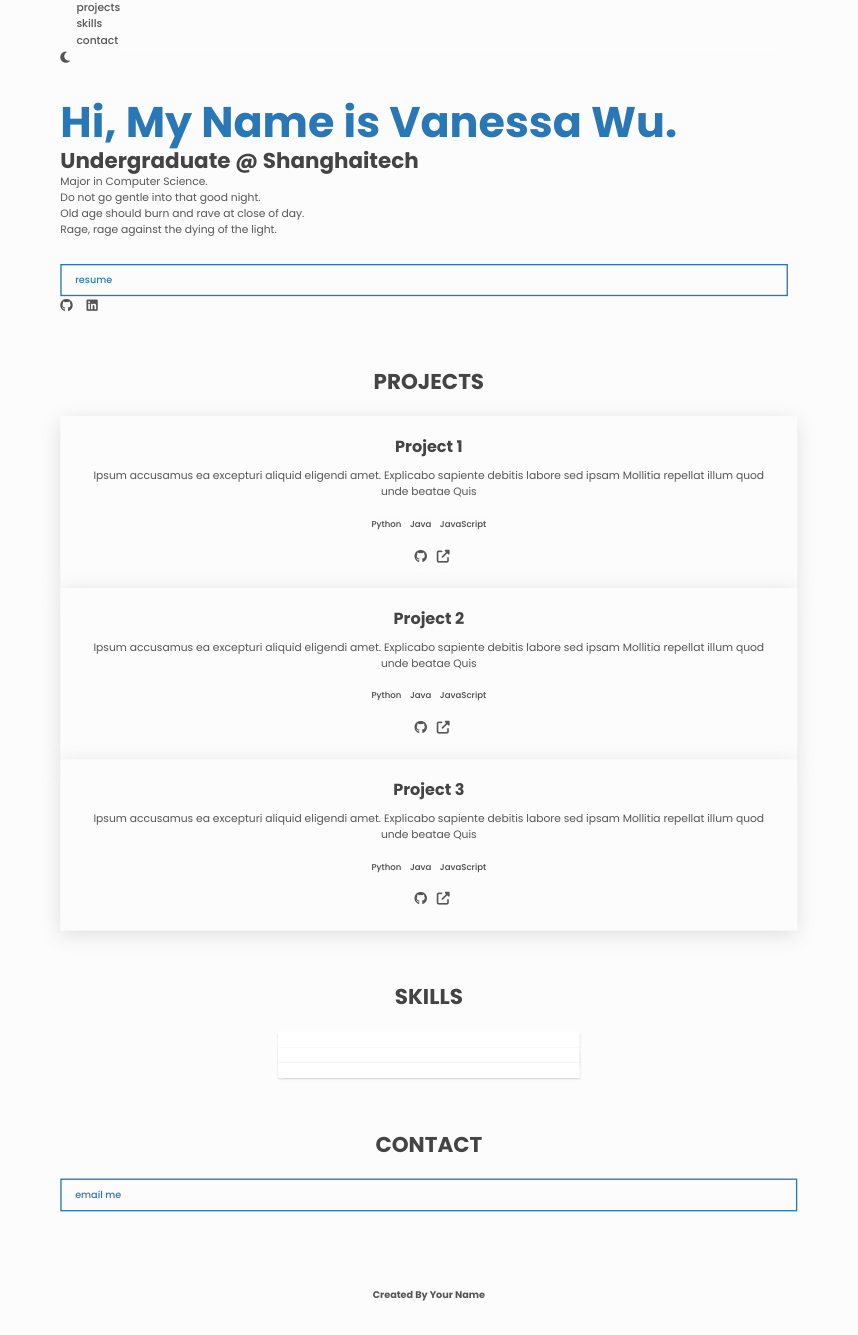
Repository: indiansummer1022/Cubstart
Page: Web Track/hw1/index.html
These files come from the project's save history. The page is drawn as it stood at one moment and after the next save; the edit follows.
The browser window is 1280 px wide. The pictures show the whole page, at 67% of full size.
Some web libraries are served in a nearby version.

Above is the page before, as saved 2022-02-16 00:27:28.

After the next save:
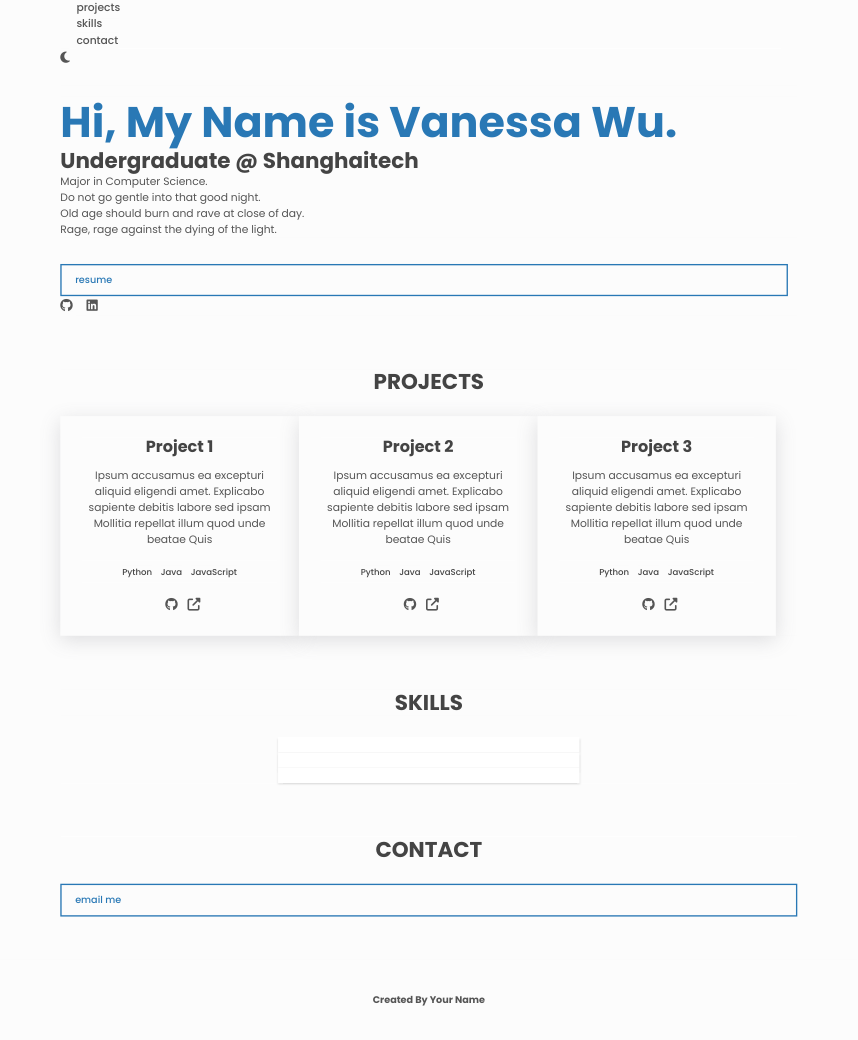
Saved 19 s later.
--- a/Web Track/hw1/styles.css
+++ b/Web Track/hw1/styles.css
@@ -303,7 +303,7 @@ main {
   /* display: */
   display: grid;
   /* grid-template-columns: */
-  grid-template-columns: repeat(auto-fit, calc(100% / 3 - 1 * 2 / 3));
+  grid-template-columns: repeat(auto-fit, calc(100% / 3 - 1em * 2 / 3));
   /* grid-gap: */
 }
 
